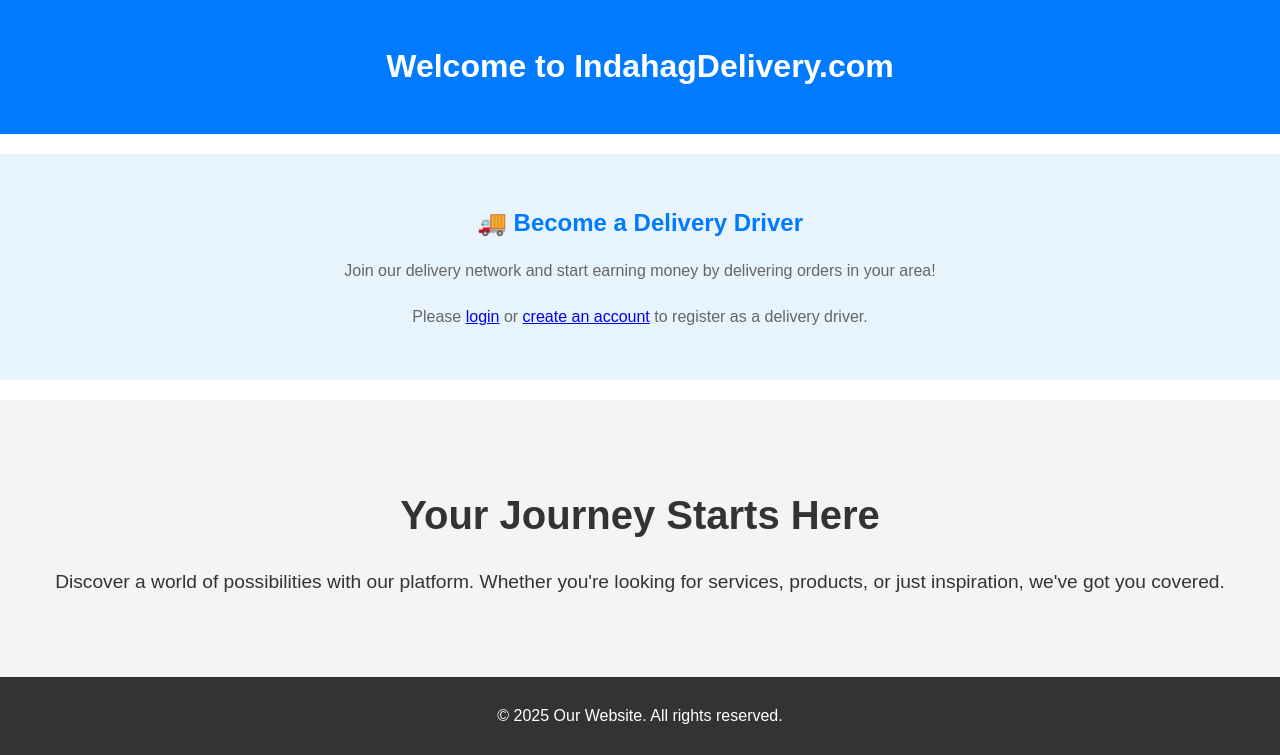
Repository: Jijiluzana225/indahagdelivery.com
Page: store/templates/store/home.html
These files come from the project's save history. The page is drawn as it stood at one moment and after the next save; the edit follows.
The browser window is 1280 px wide. The pictures show the whole page.
The template is drawn by Django 5.2. The application's start-up code is not run. The template is opened directly, without the code that normally fills it, so the values that code supplies are empty.

Above is the page before, as saved 2025-06-25 09:31:08.

After the next save:
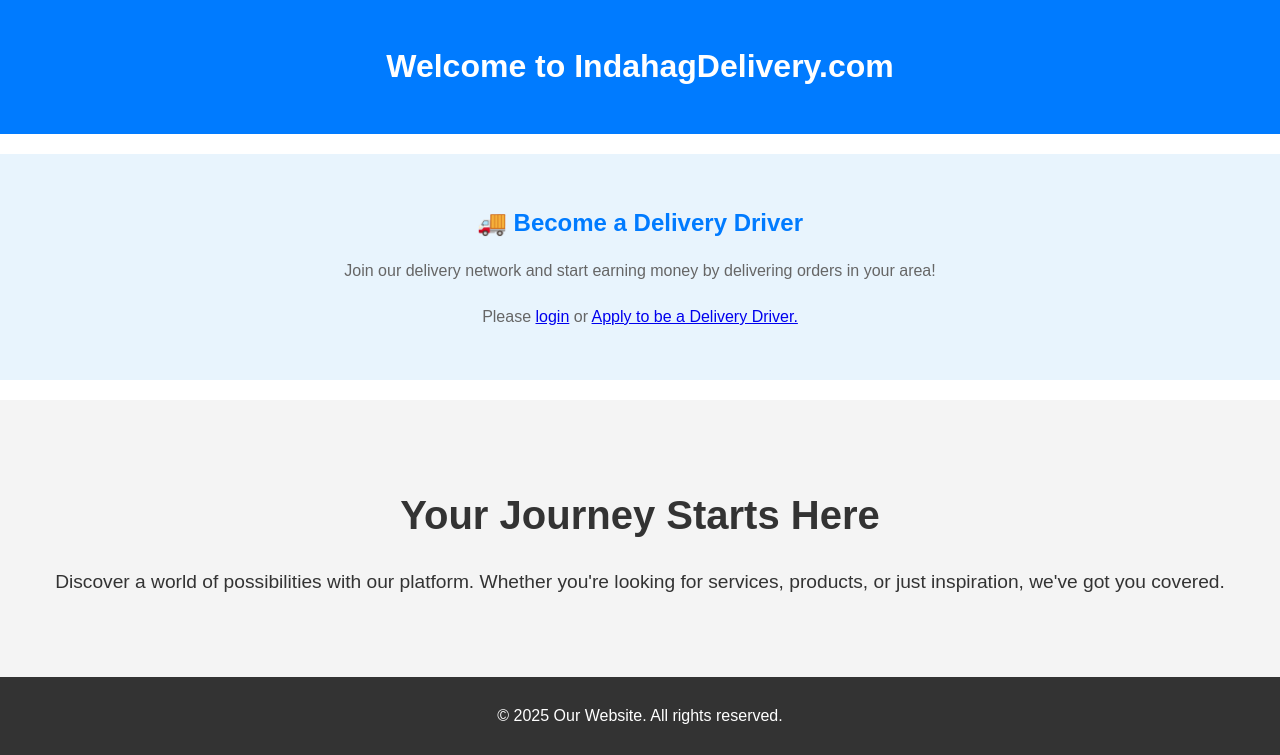
Saved 118 s later.
--- a/store/templates/store/home.html
+++ b/store/templates/store/home.html
@@ -145,7 +145,7 @@
                 <a href="{% url 'driver_register' %}" class="btn btn-success">Register as Driver</a>
             {% endif %}
         {% else %}
-            <p>Please <a href="{% url 'driver_login' %}">login</a> or <a href="{% url 'driver_register' %}">create an account</a> to register as a delivery driver.</p>
+            <p>Please <a href="{% url 'driver_login' %}">login</a> or <a href="{% url 'driver_register' %}">Apply to be a Delivery Driver.</a></p>
         {% endif %}
     </section>
 
